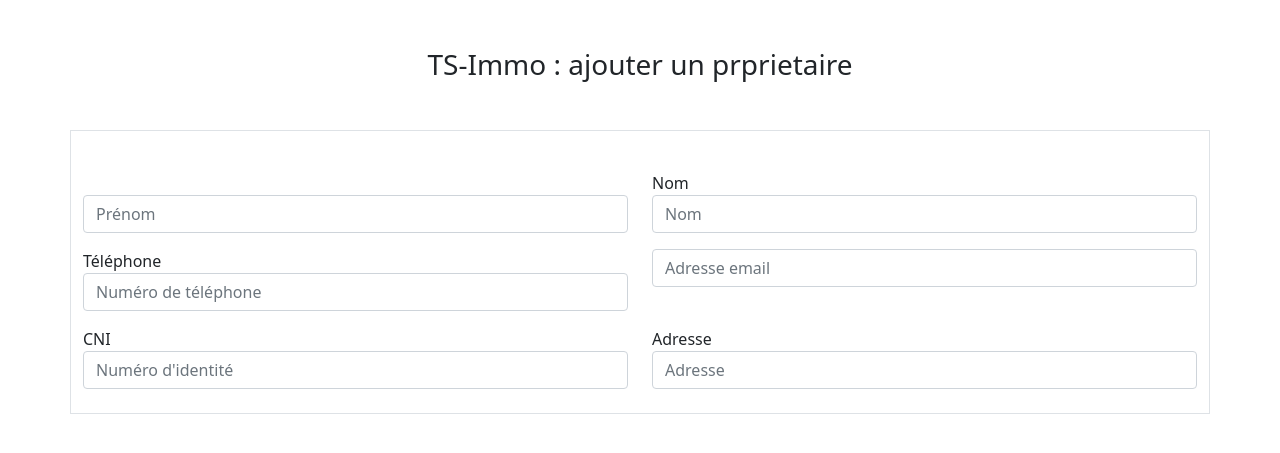
Repository: saliou-t/TS-IMMO
Page: http://localhost/src/views/proprietaire/new.html.php
An editor plug-in stored every save of this project. The page is shown before and after the next save, followed by the edit.
The browser window is 1280 px wide. The pictures show the whole page.
The page is run by PHP 8.4 with error messages shown; the project is at /var/www/html/.

Above is the page before, as saved 2022-04-03 01:11:29.

After the next save:
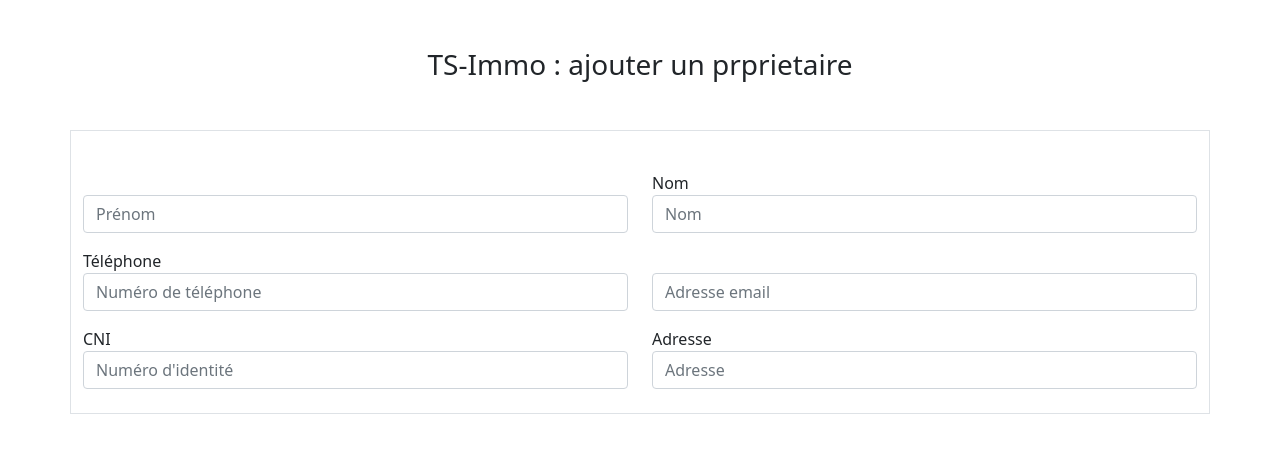
Saved 24 s later.
--- a/src/views/proprietaire/new.html.php
+++ b/src/views/proprietaire/new.html.php
@@ -30,6 +30,7 @@
                     <input class="form-control" name="telephone" type="text" placeholder="Numéro de téléphone">
                 </div>
                 <div class="col">
+                    <label for="eail"></label>
                     <input class="form-control" name="email" type="text" placeholder="Adresse email">
                 </div>
             </div>
